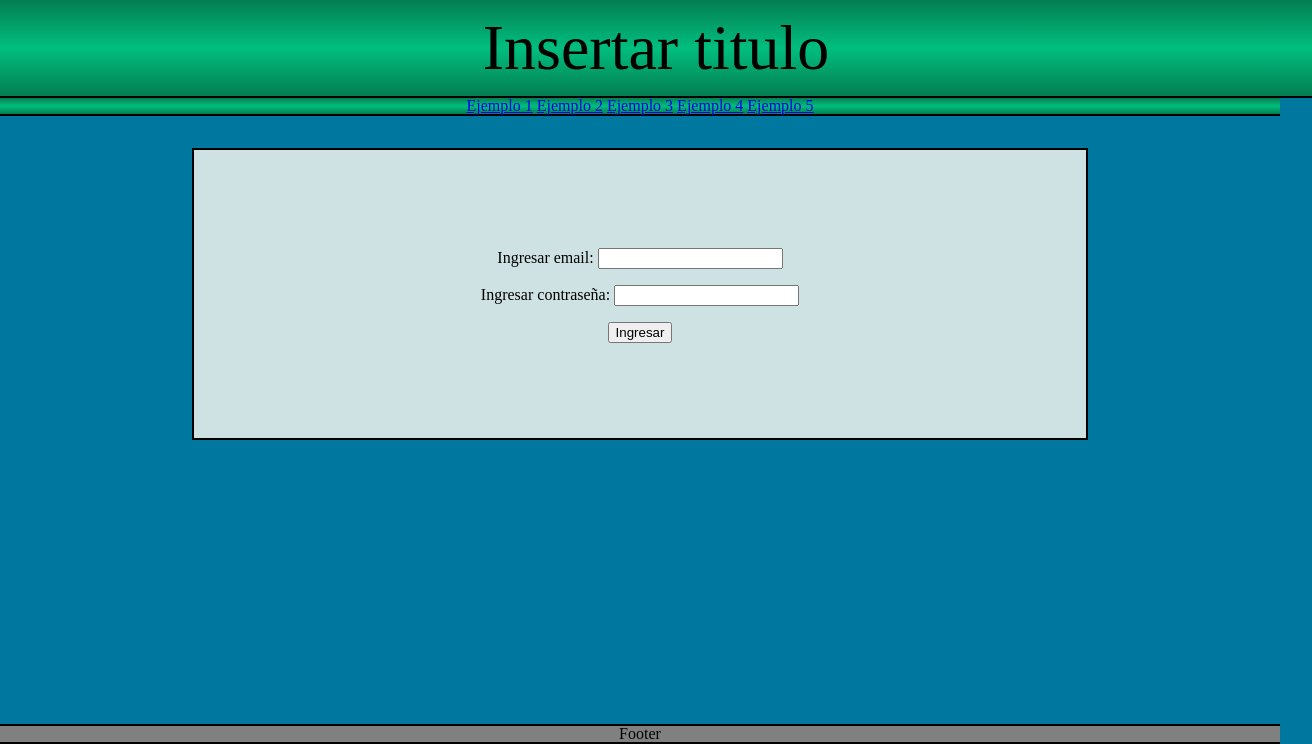
Repository: FacundoKinderknecht/Parcial-2-LPPA
Page: login/login.html
The author's editor kept a copy of each file at every save. The page is drawn from the files as they stood at one save, then again after the next save.
The browser window is 1280 px wide. The page is 1312 px wide, so the pictures cover 1312 px, including what lies to the right of the window. The pictures show the whole page.

Above is the page before, as saved 2022-07-06 10:30:46.

### login/login.html
<!DOCTYPE html>
<html lang="en">
<head>
    <meta charset="UTF-8">
    <meta http-equiv="X-UA-Compatible" content="IE=edge">
    <meta name="viewport" content="width=device-width, initial-scale=1.0">
    <title>Document</title>
    <link rel="stylesheet" href="/reset.css">
    <link rel="stylesheet" href="/login/login.css">
    <script src="/login/login.js"></script>
</head>
<body>
    <header>
        <h1>Insertar titulo</h1>
    </header>
    <nav>
        <li>
            <a href="#">Ejemplo 1</a>
            <a href="#">Ejemplo 2</a>
            <a href="#">Ejemplo 3</a>
            <a href="#">Ejemplo 4</a>
            <a href="#">Ejemplo 5</a>
        </li>
    </nav>
    <main>
        <form>
            <div class="email">
                <label for="email">Ingresar email:</label>
                <input type="text" name="email" id="email">
            </div>
            <div class="contraseña">
                <label for="contraseña">Ingresar contraseña:</label>
                <input type="password" name="contraseña" id="contraseña">
            </div>
            <div class="boton">
                <input type="submit" value="Ingresar">
            </div>
        </form>
    </main>
    <footer>
        <p>Footer</p>
    </footer>
</body>
</html>

### login/login.css
header{
    width: 100%;
    border-bottom: black 2px solid;
    padding: 1rem;
    font-size: 400%;
    background: linear-gradient(to top, rgb(4, 126, 83), rgb(0, 190, 126), rgb(4, 126, 83));
}
nav{
    background: linear-gradient(to top, rgb(4, 126, 83), rgb(0, 190, 126), rgb(4, 126, 83));
    display: block;
    border-bottom: black 2px solid;
    text-decoration: none;
}
li{
    text-decoration: none;
    list-style: none;
    color: black;
}
body{
    background-color: rgb(0, 119, 159);
    height: 100%;
    align-items: center;
    text-align: center;
    margin: 0;
}
main{
    display: inline-block;
    width: 70%;
    padding: 2rem;
    height: 34rem;
}
form{
    background-color: rgb(207, 226, 227);  border: black solid 2px;
    padding: 10%;
    height: 20%;
}
div{
    padding: 0.5rem;
}
footer{
    border-top: 2px solid black;
    border-bottom: 2px solid black;
    background-color: grey;
    bottom: 0;
    width: 100%;
}

Loaded but not shown: reset.css (common file); login/login.js (no stored copy; drawn as an empty file)

After the next save:
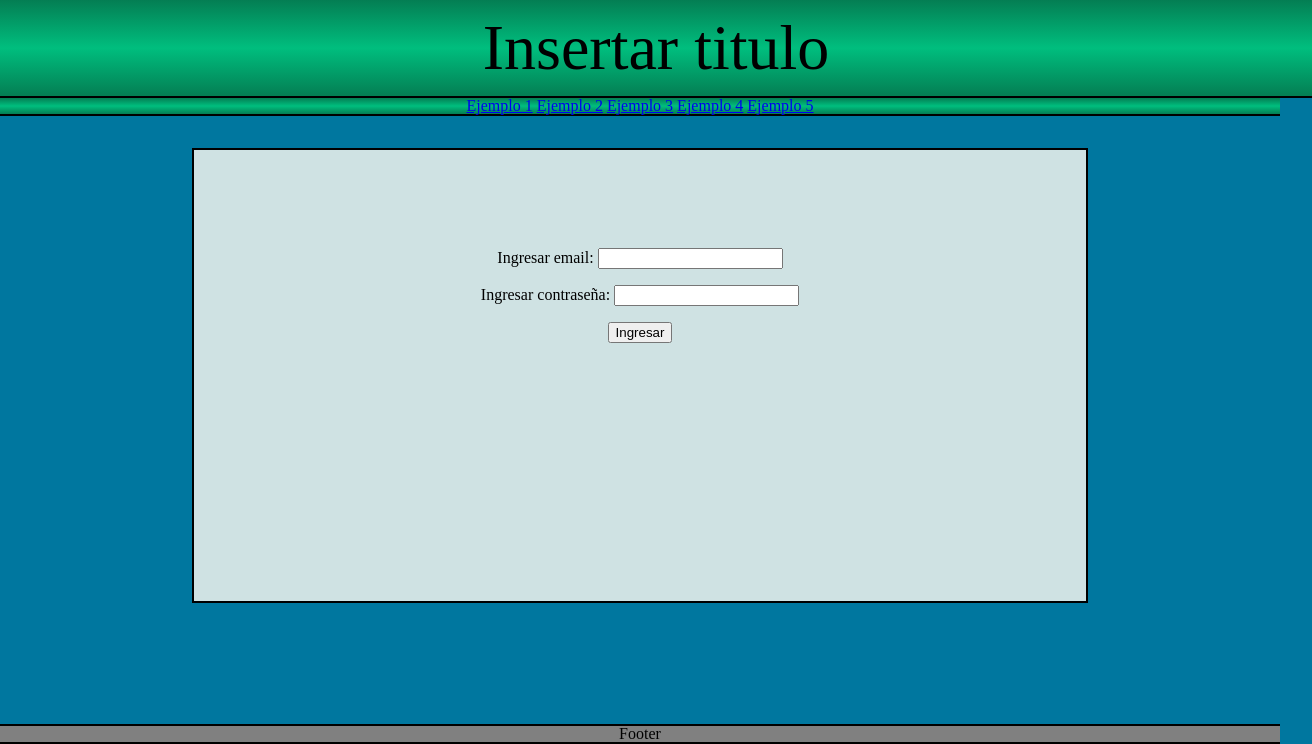
Saved 4 s later.
--- a/login/login.css
+++ b/login/login.css
@@ -32,7 +32,7 @@ main{
 form{
     background-color: rgb(207, 226, 227);  border: black solid 2px;
     padding: 10%;
-    height: 20%;
+    height: 50%;
 }
 div{
     padding: 0.5rem;
